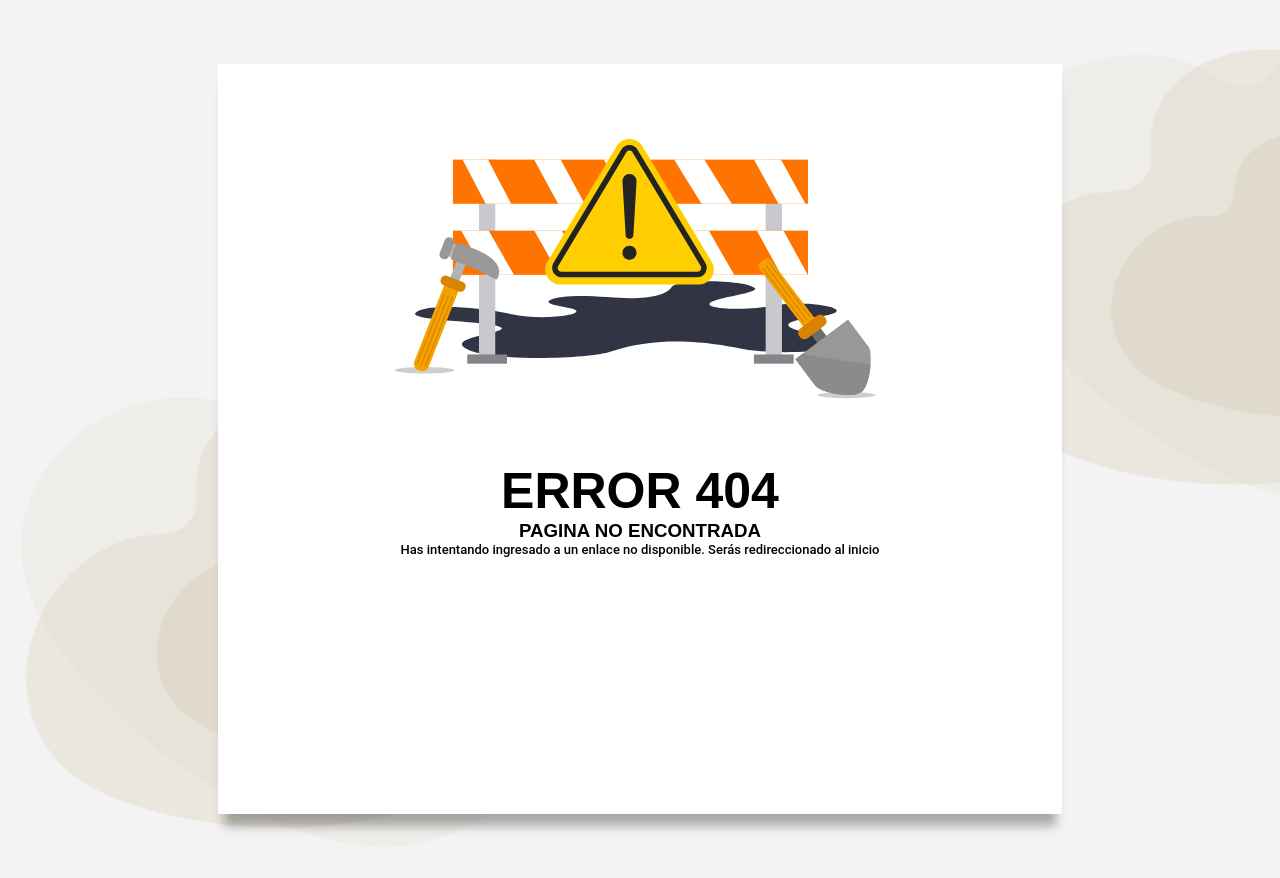
Repository: AlejandraBarrachina23/TPIntegrador_Barrachina_Java
Page: http://localhost/Alejandra_Barrachina_TP_Integrador1/error404.jsp
An editor plug-in stored every save of this project. The page is shown before and after the next save, followed by the edit.
The browser window is 1280 px wide. The pictures show the whole page.
Some web libraries are served in a nearby version. The page is served by Tomcat 9. Nobody is signed in. The application's start-up code is not run. Other server files are loaded and not shown.

Above is the page before, as saved 2019-12-04 22:10:04.

### Alejandra_Barrachina_TP_Integrador1/WebContent/error404.jsp

<%@ page language="java" contentType="text/html; charset=ISO-8859-1"
    pageEncoding="ISO-8859-1"%>
<!DOCTYPE html>
<html>
<head>
<meta charset="ISO-8859-1">

<script src="https://kit.fontawesome.com/735f5623c2.js" crossorigin="anonymous"></script>
<link href="estilos.css" type="text/css" rel=stylesheet>
</head>
<body>

<div id="error-404">
		<img src="img/404.svg" alt="icono-advertencia" class="">
		<h2>ERROR 404</h2>
		<h3>PAGINA NO ENCONTRADA</h3>
		<p>Has intentando ingresado a un enlace no disponible. Serás redireccionado al inicio</p>
</div>

</body>
</html>

### Alejandra_Barrachina_TP_Integrador1/WebContent/estilos.css
@charset "ISO-8859-1";


* {
	padding:0px;
	margin:0px;
	border:0px;
}

body {
		background-color:#f3f3f3;
		background-image: url(iconos/fondo.png);
		background-repeat: no-repeat;
 		background-size: cover;

}


/*=============================================================
      FORMULARIO LOGIN
 ============================================================== */

 #error-404 {

 	background-color:#fff;
 	width:65;
 	height:750px;;
 	margin	: 5% 17%;
 	box-shadow: 0px 18px 10px -6px rgba(0,0,0,0.31);
 	text-align:center;
 	font-family: 'Francois One', sans-serif;
 }

  #error-404 img {

  width:70%;

  }

  #error-404 h2 {

  font-size:50px;
  }

 #form-login {

	width:65%;
 	margin	: 5% 17%;

}

#form-login-right, #form-login-left {


	height:750px;
	float:left;
	background-color:#F9FBFC;

}

#form-login-left {

	width:65%;
	border-top-left-radius: 20px;
	border-bottom-left-radius: 20px;
	box-shadow: 0px 18px 10px -6px rgba(0,0,0,0.31);
	opacity:0.9;
}

#form-login-left img {

	width:90%;
	padding	: 10% 5%;

}

#form-login-right {

	width:33%;
	border-top-right-radius: 20px;
	border-bottom-right-radius: 20px;
	box-shadow: 13px 14px 10px -6px rgba(0,0,0,0.31);
	opacity:0.8;

}


h1 {

		font-size:50px;
		font-family: 'Bebas Neue', cursive;
		color:#2C5060;
		margin-top:30%;
		text-align:center;
}

p, #form-login-right a {

	font-family: 'Roboto', sans-serif;
	font-weight: 500;
	font-size: 13px;
	color:black;
	text-align:center;
}

.text-box {

	border-bottom: 1px solid black;
	width:250px;
	text-align: center;
	margin-left:12%;
}

.text-box i {

	float:left;
	color: #2C5060;
	padding:7px;
}

#form-login-right [type="text"], #form-login-right [type="password"]{

	padding:5px;
	width:180px;
	border:none;
	outline:none;
	background-color:#FAFCFD;
	font-family: 'Oswald', sans-serif;

}

.main-button {

	background-color: #2C5060;
	color:white;
	width:35%;
	font-size:15px;
	border-style:none;
	padding:5px;
	border-radius: 15px;
	border: 0px solid #000000;
	box-shadow: 10px 10px 25px -13px rgba(0,0,0,0.75);
	font-family: 'Oswald', sans-serif;
	margin-left: 50%;

}

.main-button:hover {

	background-color: #1a6373;
}

.iconos-redes {

	width:5%;

}


#login-informacion {

	width:90%;
	padding:5%;

}


#login-informacion a{

	font-family: 'Oswald', sans-serif;
	font-size:15px;
	margin-left:48%;
}

#login-contacto{

	margin-top:50%;
	text-align:center;
}


#login-contacto p {

	font-size:18px;
	font-family: 'Oswald', sans-serif;

}

#login-recuperacion{

	padding-top:20%;
	text-align:center;

}

.restart-button{

	background-color: #2C5060;
	color:white;
	width:35%;
	font-size:15px;
	border-style:none;
	padding:5px;
	border-radius: 15px;
	border: 0px solid #000000;
	box-shadow: 10px 10px 25px -13px rgba(0,0,0,0.75);
	font-family: 'Oswald', sans-serif;

}

#form-advertencia {

	width:100%;
	text-align:center;
	margin-top:50%;
	color:#E16C78;
	font-family: 'Oswald', sans-serif;

}

.icono-advertencia{

	margin-top:15%;
	padding:2%;
	width:30%;
	margin: 0 auto;

}

#form-advertencia p {

	color:#E16C78;
	font-size: 15px;
}

.blue{

	color:#30A9E3;
}


 /*=======================
      FORMULARIO INDEX
 ========================= */

 .section-principal{

	float:left;
	height:1100px;
	width:90%;
	background-color:#f3f3f3;
	color:black;
	text-align:center;
	margin-left:10%;
}

.section-principal select {

	font-family: 'Oswald', sans-serif;
	border:1px solid black;
	margin:5px;
	padding:2px;
	color:black;
}

.section-principal input{

	width:15%;
	padding:5px;
	border:1px solid black;
	font-family: 'Oswald', sans-serif;
}

.section-principal label{

	font-size:18px;
	font-family: 'Oswald', sans-serif;

}

.section-principal a{

	color:black;

}


nav {

	background-color:#2C5060;
	font-family: 'Francois One', sans-serif;
	width:10%;
	height:950px;
	font-size:15px;
	float:left;
	position:fixed;

}

 ul {

	list-sytle: none;
	width:100%;
}

a {

	text-decoration:none;
	color:white;

}

li:hover {

	border-left: solid 4px #2896BC;
	background-color: #2F5866;
	transition: background-color 0.3s;
	transition: border 0.3s;

}

ul li {

	border-left: solid 4px #2C5060;
	font-family: 'Oswald', sans-serif;
	padding:15px;
	border-bottom: 1px solid #2D5C6D;


}

.icon{

	width:13%;
	padding-right:5px;

}


#icon-usuario{

	width:40%;
}

li .icon{

	float:left;

}


#user {

	width:100%;
	margin-top:40%;
	text-align:center;
	padding: 10% 0%;
	border-bottom: 1px solid #2D5C6D;

}

#user h2{

	color:#fff;

}

#user p, #header-user p {

	font-size:15px;
	color:#fff;
	padding:8px;
	font-family: 'Oswald', sans-serif;
}

 /*=======================
      FORMULARIO ALUMNOS
 ========================= */


#logo{

	width:30%;
	height:150px;
	border-bottom: 1px solid white;
	color:white;
	text-align:center;
	margin-top:30px;
}

#alumnos-principal {

	background-color:#fff;
	width:83%;
	margin-left: 200px;
	height:300px;
	box-shadow: 10px 10px 25px -13px rgba(0,0,0,0.75);

}

#form-agregar-usuario {

	background-color: white;
	width:95%;
	height:200px;
	margin:20px;
	padding:10px;
	box-shadow: 10px 10px 25px -13px rgba(0,0,0,0.75);
	display: none;


}

#form-listado-alumnos,#form-cursos,#form-listado-calificaciones {

	background-color: white;
	width:97%;
	height:970px;
	margin:20px;
	padding:10px;
	box-shadow: 10px 10px 25px -13px rgba(0,0,0,0.75);

}

#form-cursos{

	background-color:#f3f3f3;
	box-shadow: none;
}

#btn-flecha {

	background-image: url("iconos/flecha.png");
	background-repeat: no-repeat;
	width:25px;
	height:25px;
	background-color:#2C5060;
	border: 0;
	float:right;

}

.dato {

	float:left;
	margin: 10px;
	width:23%;


}

.dato input {

		width: 200px;
		background: #f3f3f3;
		font: inherit;
		box-shadow: 0 6px 10px 0 rgba(0, 0, 0 , .1);
		border: 0;
		outline: 0;
		padding: 8px;

}

.encabezados {

	background-color:#2C5060;
	color:white;
	padding:10px;
	margin:10px;
	font-family: 'Oswald', sans-serif;

}



h3 {

	display:inline;

}

label {

	color:#2C5060;
	font-family: 'Open Sans', sans-serif;
	font-weight: 600;
	font-size: 10px;
}

.flecha {

	float:right;
}

.content-table{

	border-collapse:collapse;
	margin:20px 10px;
	font-size:0.9em;
	width:99%;
	min-width:600px;
	box-shadow: 7px 9px 23px -13px rgba(0,0,0,0.93);
	font-family: 'Roboto', sans-serif;

}

.content-table-cursos{

	border-collapse:collapse;
	margin:20px 10px;
	font-size:0.9em;
	width:50%;
	min-width:600px;
	box-shadow: 7px 9px 23px -13px rgba(0,0,0,0.93);
	font-family: 'Roboto', sans-serif;
}

.content-table th, .content-table-cursos {

	background-color:#2C5060;
	color:white;
	font-weight: 600;
	padding:12px;



}

.content-table tr,
.content-table td {

	padding:5px 5px;

}

.content-table td {

	border-bottom: 1px solid #dddddd;

}

.content-table tr:nth-of-type(even) {

	background-color:#f3f3f3;

}

.content-table tr:last-of-type {

	border-bottom: 3px solid #2C5060;

}

.content-table-cursos .content-fileter{

	width:50%;

}

.content-filter {

	background-color:#f3f3f3;
	width:100%;
	text-align:center;
	padding:10px;


}

.pie-pagina{

	float:left;
	margin-top:20px;
	text-align:right;
	width:100%;
}

 /*=======================
      FORMULARIO ALUMNOS
 ========================= */

#section-index{

	float:left;
	height:900px;
	width:100%;
	margin:1px 1px;
	text-align:center;

}

#index-encabezado{

	background-color:#2C5060;
	text-align:center;
	height:295px;
	width:100%;

}

#section-index img {

	width:50%;

}

#index-descripcion {

	box-shadow: 10px 10px 25px -13px rgba(0,0,0,0.75);
	font-family: 'Roboto', sans-serif;
	background-color:#fff;
}


#index-descripcion-encabezado{

	text-align:center;
	background-color:#fff;

}

#index-descripcion-encabezado img{

	width:50%;

}

#index-descripcion-encabezado h2{

	font-size:50px;
	font-family: 'Francois One', sans-serif;
	color:#2C5060;

}

#index-descripcion-encabezado p{

	font-size:15px;
	font-family: 'Francois One', sans-serif;
	color:#2C5060;

}

#index-descripcion-contenido{

	text-align:center;
	height:430px;
	padding-left:220px;
}

#index-descripcion-contenido-profesores{


	height:430px;
	width:100%;


}

#index-descripcion-contenido-profesores .index-item-descripcion{

	width:18%;
	height:300px;
	float:left;
	margin-left:40%;

}

.index-item-descripcion {

	width:18%;
	height:300px;
	float:left;
	margin:30px;

}

.index-item-descripcion img {

	width:40%;
	padding:0% 20%;
	margin:0% 5%;
}

.index-item-descripcion h3 {

	font-size:25px;
	font-family: 'Oswald', sans-serif;

}

.index-item-descripcion p {

	font-size:15px;

}

.btn-index {

	padding:10px;
	margin:10px 38px;
	background-color: #2C5060;
	font-family: 'Oswald', sans-serif;
	font-size:20px;
	color:#fff;
	width:60%;
	box-shadow: 10px 10px 25px -13px rgba(0,0,0,0.75);
	float:left;
	text-align:center;

}

.modal-fondo {

	background: rgba(0,0,0,0.3);
	position:fixed;
	top:0;
	bottom:0;
	left:0;
	right:0;
	display:flex;
	align-items:center;
	justify-content:center;
	visibility:hidden;

}

.modal-fondo.active{

	visibility:visible;
}

.modal-contenido {

	background-color:#fff;
	box-shadow: 10px 10px 25px -13px rgba(0,0,0,0.75);
	width:20%;
	border: 3px solid #2C5060;
	padding-bottom: 15px;
}

.modal-contenido .btn-modal {

	width:30%;
	color:white;
	background-color: #2C5060;
	font-size:20px;
	padding:5px;
	margin:5px;

}

.modal-contenido [type="text"] {

	width:70%;
	font-size: 13px;
	margin-bottom:15px;

}

.modal-contenido h3 {

	font-size: 20px;
	font-family: 'Oswald', sans-serif;
	background-color:#2C5060;
	display:block;
	color:#fff;
	padding:8px;

}

.modal-contenido label {

	font-size: 15px;
	font-family: 'Roboto', sans-serif;
}

.modal-contenido select, .modal-contenido [type="date"], .modal-contenido [type="email"], .modal-contenido [type="number"] {

	font-family: 'Oswald', sans-serif;
	border:1px solid black;
	margin:5px;
	padding:2px;
	width:74%;
	padding:1%;
	color:black;

}

.modal-contenido [type="date"], .modal-contenido [type="email"], .modal-contenido [type="number"]{

	width:71%;

}

.opciones {

	color:black;
	background-color:#fff;

}

.btnFormulario {

	width:12%;
	padding:10px;
	font-size: 15px;
	font-family: 'Oswald', sans-serif;
	border-radius: 8px;
	background-color:#2C5060;
	color:white;
	float:right;
	border:0;
	margin:8px;
}

td .btn-modificar {

	width:22%;
	height:32px;
	background-image:url(iconos/modificar.png);
	background-repeat: no-repeat;
	border:none;
	background-color:inherit;
}

td .btn-eliminar {

	width:22%;
	height:32px;
	background-image:url(iconos/borrar.png);
	background-repeat: no-repeat;
	border:none;
	background-color:inherit;

}

td .btn-mostrar {

	width:12%;
	height:32px;
	background-color:blue;
	background-image:url(iconos/mostrar.png);
	background-repeat: no-repeat;
	border:none;
	background-color:inherit;
}

td .btn-calificaciones {

	width:12%;
	height:32px;
	background-image:url(iconos/notas.png);
	background-repeat: no-repeat;
	border:none;
	background-color:inherit;
}

/*=============================================================
      FORMULARIO CURSOS
 ============================================================== */

#form-curso-izquierda{

	background-color: #fff;
	width:38%;
	float:left;
	color:black;
	padding:0px 5%;
	box-shadow: 10px 10px 25px -13px rgba(0,0,0,0.75);
}

#form-curso-derecha{

	width:38%;
	float:left;
	box-shadow: 10px 10px 25px -13px rgba(0,0,0,0.75);
	padding:5px 5%;
	margin-left:2%;
	background-color:#fff;

}

#form-curso-izquierda [type="text"], #form-curso-izquierda select{

	padding:5px;
	width:180px;
	background-color:#FAFCFD;
	font-family: 'Roboto', sans-serif;
	font-size: 12px;
	color:black;

}

#form-curso-izquierda label {

	font-size:18px;
	display: block;
	witdh:20px;
}

.form-cursos-encabezado-izquierda{

	background-color: #2C5060;
	width:100%;
	margin: 20px 0px;
	padding:1px;


}

.form-cursos-encabezado-izquierda h2{

	color:white;
	padding:2px;
	font-family: 'Oswald', sans-serif;
}

#form-curso-derecha #listado-alumnos {

	text-align:center;
	width:100%;

}

#form-curso-derecha #listado-alumnos li {

	font-size:15px;
	padding:0;
	width:20%;
	border:none;
	background-color:none;
	margin-left:40%;
	list-style: none;



}

#form-curso-derecha #listado-alumnos li:hover {

	background-color:white;
}

/*=============================================================
      FORMULARIO CALIFICACIONES
 ============================================================== */

.busqueda-califaciones{

	width:98%;
	margin:1%;
	box-shadow: 0px 18px 10px -6px rgba(0,0,0,0.31);
	background-color:#fff;
	padding-bottom:2%;

}

.busqueda-califaciones h2{

	width:99%;
	background-color:blue;
	color:#fff;
	background-color:#2C5060;
	font-family: 'Oswald', sans-serif;
	padding:0.5%;
	margin-bottom:1%;

}

#form-listado-calificaciones h2{

	color:#fff;
	background-color:#2C5060;
	font-family: 'Oswald', sans-serif;
	width:99%;
	padding:0.5%;

}


/*=============================================================
      FORMULARIO REPORTES
 ============================================================== */


#form-reportes{

	background-color: #f3f3f3;
	width:97%;
	height:970px;
	margin:20px;
	padding:10px;

}

#form-reportes-fila-uno{

	width:85%;
	height:250px;
	padding-left: 15%;

}

.fila-uno-items{

	width:15%;
	height:190px;
	float:left;
	margin:1%;
	box-shadow: 0px 18px 10px -6px rgba(0,0,0,0.31);
	background-color:#fff;
	padding:1%;
	border-radius:10px;

}

.fila-uno-items img {

	width:40%;
	padding:3%;


}

.fila-uno-items h2 {

	font-family: 'Oswald', sans-serif;
	font-size:20px;

}

.fila-uno-items p {

	font-size:25px;
	font-family: 'Francois One', sans-serif;
	color:#2C5060;

}

.fila-uno-items-pie{

	padding:2%;
	margin-left:25%;
}

.fila-uno-items-pie img {

	width:12%;
	float:left;
}


.fila-uno-items-pie p {

	font-size:20px;
	float:left;

}

#form-reportes-fila-dos{

	width:100%;
	margin-top:3%;
	height:500px;


}

.form-reportes-graficos{

	width:25%;
	background-color:#fff;
	float:left;
	box-shadow: 0px 18px 10px -6px rgba(0,0,0,0.31);
	margin:3% 1%;
	padding:3%;
	border-radius:5px;
}

.form-reportes-graficos h3 {

	font-family: 'Oswald', sans-serif;
	margin:5%;
}

#form-reportes-fila-dos h2, #form-reportes-fila-tres h2{

	font-family: 'Oswald', sans-serif;
	background-color:#2C5060;
	color:white;
	width:99.5%;
	padding:0.5%;

}

.fila-uno-items-pie{

	border-top: 1px solid #f3f3f3;

}

#form-reportes-fila-tres {

	width:100%;
	heigth:300px;

}

.reporte-fila-tres-promedio{

	width:39%;
	float:left;
	text-align:center;
	margin:0.5%;
	background-color:#fff;
	box-shadow: 0px 18px 10px -6px rgba(0,0,0,0.31);
	padding:0.5% 5%;

}

.reporte-fila-tres-promedio h3{

	font-family: 'Oswald', sans-serif;
}

#form-reportes-fila-tres .content-table {

	width:100%;
	float:left;
	padding:20px;
	margin:3% 6%;

}

.resultado-busqueda{

	width:98%;
	heigth:500px;
	background-color:#fff;
	overflow:hidden;
	margin-left:1%;
}

.resultado-busqueda-asistencias{

	width:98%;
	heigth:500px;
	overflow:hidden;
	margin-left:1%;

}

.tabla-resultado-busqueda{

	width:60%;
	float:left;
	margin: 1% 20%;

}

.resultado-busqueda-asistencias .tabla-resultado-busqueda{

	width:30%;
	float:left;
	margin: 1% 20%;
}


.titulos {

	background-color:#2C5060;
	color:#fff;
	padding:0.5%;
	font-family: 'Oswald', sans-serif;

}

.form-reportes-graficos-asistencias{

	width:30%;
}


.form-reportes-graficos-asistencias h3{

	font-family: 'Oswald', sans-serif;
}

.resultado-busqueda-asistencias .graficos-resultado-busqueda .form-reportes-graficos-asistencias{

	margin-left:35%;
	margin-top:1%;
}

.resultado-busqueda-asistencias .tabla-resultado-busqueda{

	margin-left:32%;
	margin-top:1%;
}

Loaded but not shown: Alejandra_Barrachina_TP_Integrador1/WebContent/img/404.svg (5837 lines, source omitted)

After the next save:
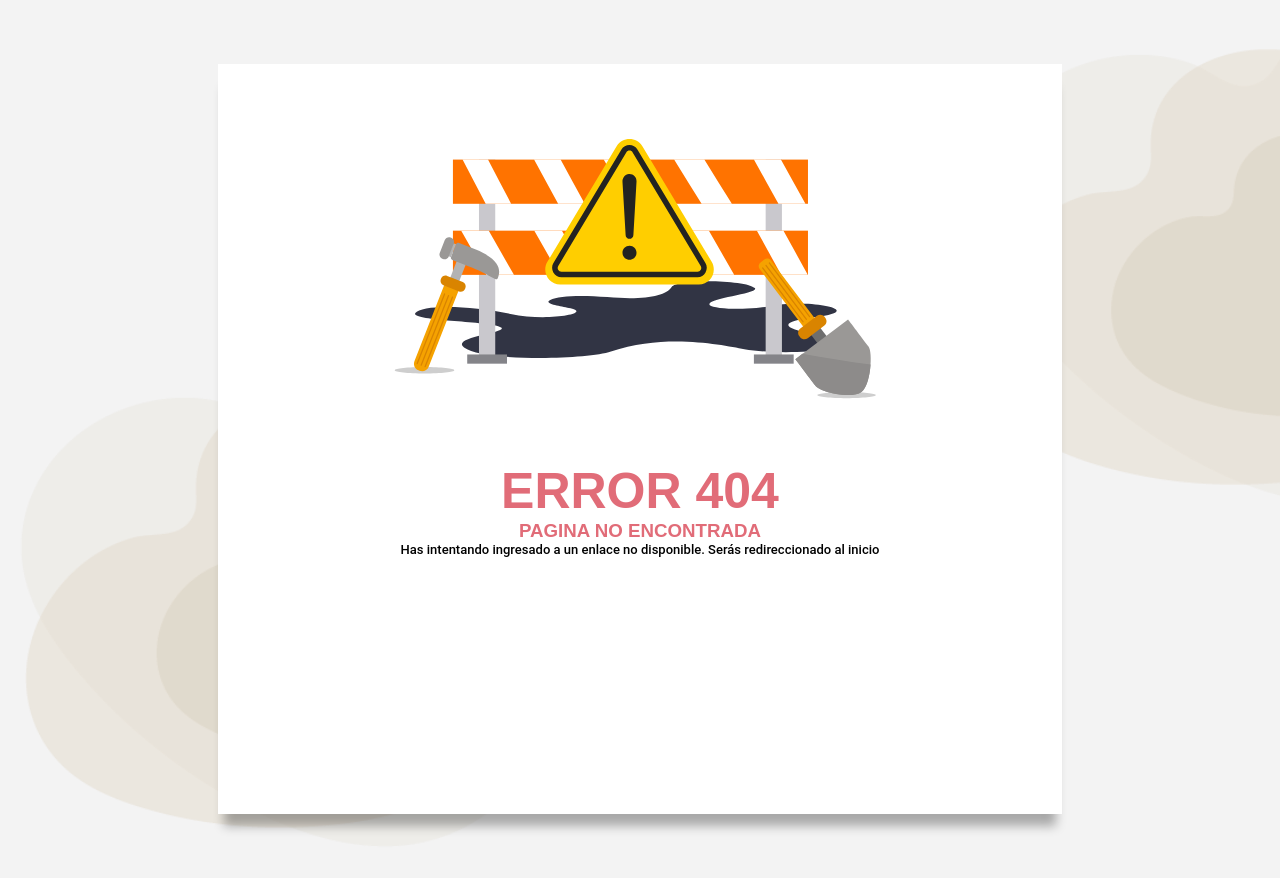
Saved 34 s later.
--- a/Alejandra_Barrachina_TP_Integrador1/WebContent/estilos.css
+++ b/Alejandra_Barrachina_TP_Integrador1/WebContent/estilos.css
@@ -29,6 +29,7 @@
  	box-shadow: 0px 18px 10px -6px rgba(0,0,0,0.31);
  	text-align:center;
  	font-family: 'Francois One', sans-serif;
+ 	color:#E16C78;
  }
 
   #error-404 img {

After the save that followed:
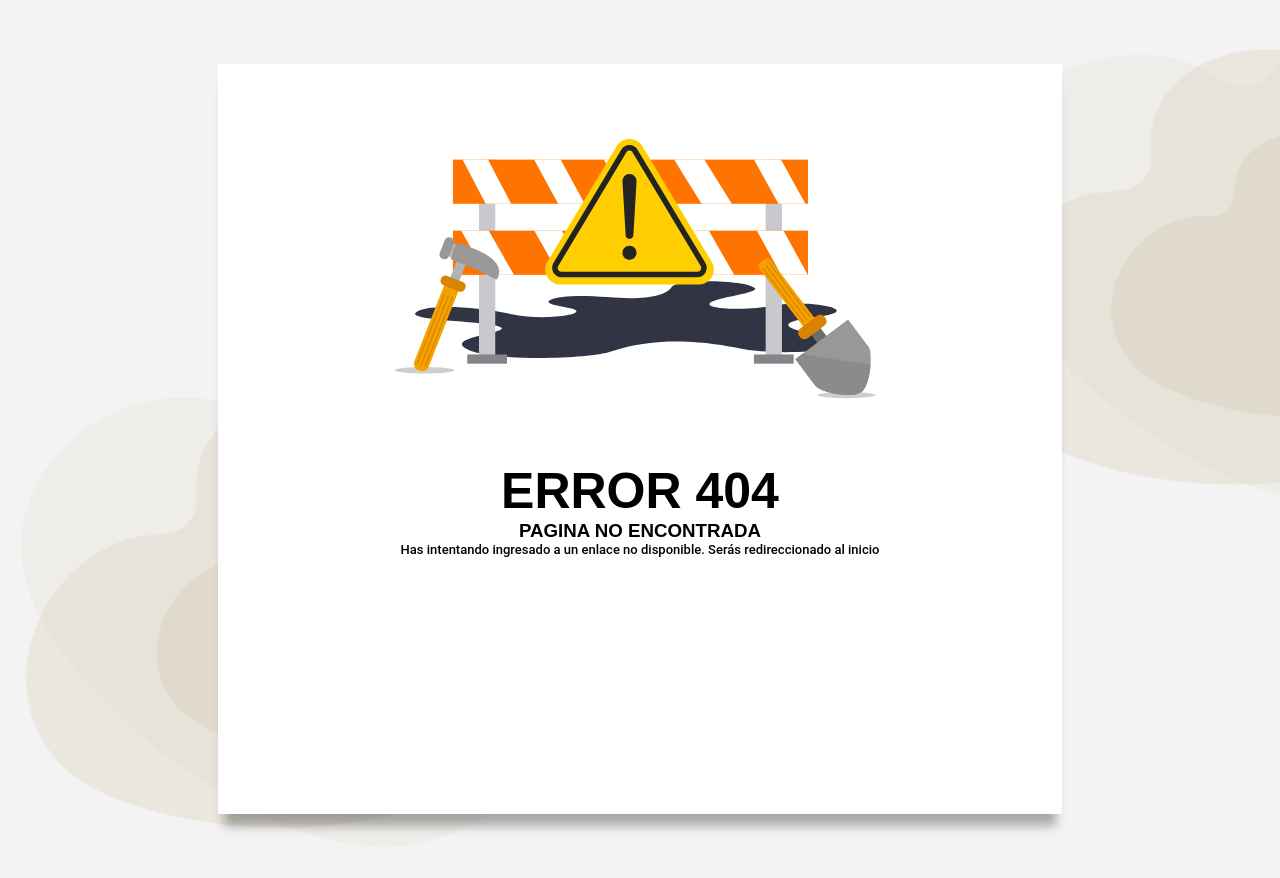
Saved 15 s later.
--- a/Alejandra_Barrachina_TP_Integrador1/WebContent/estilos.css
+++ b/Alejandra_Barrachina_TP_Integrador1/WebContent/estilos.css
@@ -29,7 +29,7 @@
  	box-shadow: 0px 18px 10px -6px rgba(0,0,0,0.31);
  	text-align:center;
  	font-family: 'Francois One', sans-serif;
- 	color:#E16C78;
+
  }
 
   #error-404 img {
